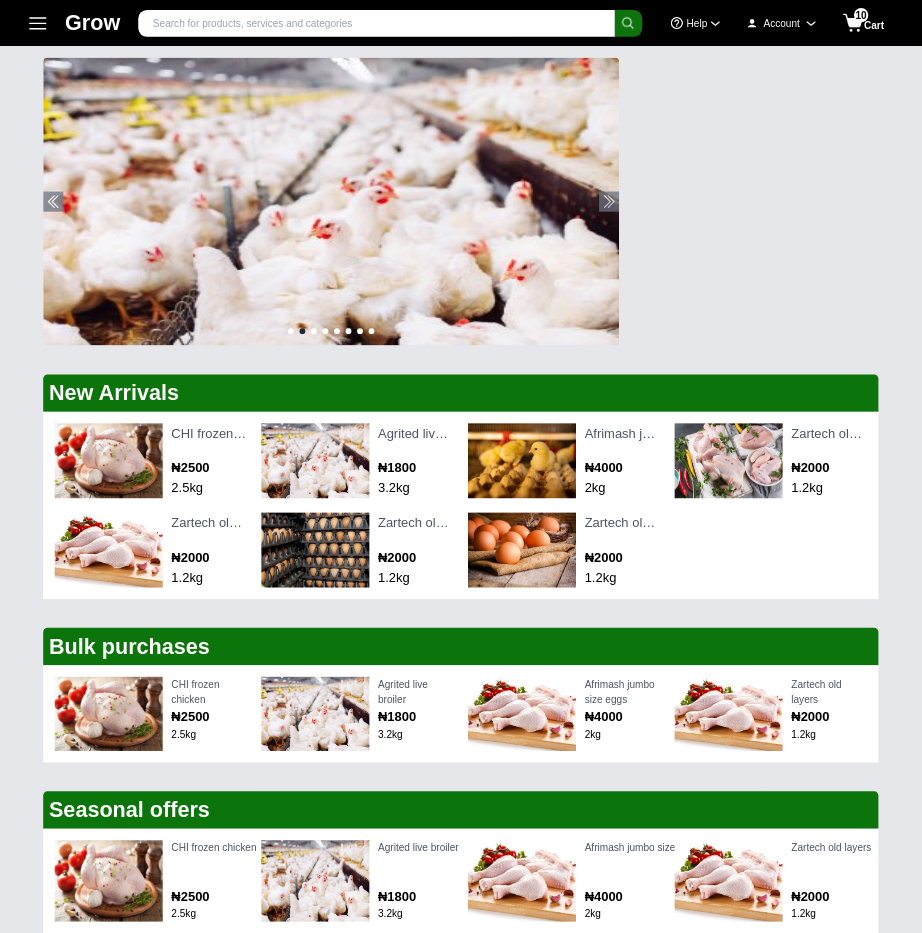
Repository: IssaMuiz/ifarmstock
Page: /
The author's editor kept a copy of each file at every save. The page is drawn from the files as they stood at one save, then again after the next save.
The browser window is 1280 px wide. The pictures show the whole page, at 72% of full size.
The project was rebuilt for these pictures with package versions that can differ from the ones it lists, and the page was loaded fresh each time. The framework's server and built-in components were replaced by stand-ins that run in the browser. Also part of the build but not shown: next.config.mjs.

Above is the page before, as saved 2024-08-31 06:21:16.

### app/layout.tsx
import "@/styles/globals.css";

export const metadata = {
  title: "Grow",
  description: "Livestock farming e-commerce application",
};

export default function RootLayout({
  children,
}: {
  children: React.ReactNode;
}) {
  return (
    <html lang="en">
      <body className="bg-gray-200 h-screen w-auto mx-10">
        <section>{children}</section>
      </body>
    </html>
  );
}

### app/page.tsx
"use client";

import ProductSlider from "@/components/productSlider";
import ClientLayout from "@/components/clientLayout";
import NewArrivalsCards from "@/components/newArrivalsCards";
import BulkPurchasesCards from "@/components/bulkPurchasesCards";
import SeasonalCards from "@/components/seasonalCards";

const Home = () => {
  return (
    <ClientLayout>
      <div className="pt-20 mx-5">
        <div>
          <ProductSlider />

          <div className="bgColor text w-full h-auto mt-10 text-3xl p-2 rounded-t-md font-semibold">
            New Arrivals
          </div>
          <NewArrivalsCards />
          <div className="bgColor text w-full h-auto mt-10 text-3xl p-2 rounded-t-md font-semibold">
            Bulk purchases
          </div>
          <BulkPurchasesCards />
          <div className="bgColor text w-full h-auto mt-10 text-3xl p-2 rounded-t-md font-semibold">
            Seasonal offers
          </div>
          <SeasonalCards />
        </div>
      </div>
    </ClientLayout>
  );
};

export default Home;

### styles/globals.css
@tailwind base;
@tailwind components;
@tailwind utilities;

.scrollbar {
  scrollbar-width: thin;
  scrollbar-color: gray #313131;
}

.bgColor {
  background-color: rgb(11, 116, 11);
}

.text {
  color: white;
}

body {
  font-family: Arial, Helvetica, sans-serif;
  font-size: 14px;
}

### components/productSlider.tsx
"use client";
import Image from "next/image";
import { useEffect, useState } from "react";

const ProductSlider = () => {
  const images = [
    "/assets/images/poultry-image1-slider.jpg",
    "/assets/images/poultry-image2-slider.jpg",
    "/assets/images/poultry-image3-slider.jpg",
    "/assets/images/poultry-image4-slider.jpg",
    "/assets/images/poultry-image5-slider.jpg",
    "/assets/images/poultry-image6-slider.jpg",
    "/assets/images/poultry-image7-slider.jpg",
    "/assets/images/catfish-image1-slider.jpg",
  ];

  const [index, setIndex] = useState(0);

  const handleSliceNext = () => {
    setIndex((index + 1) % images.length);
  };
  const handleSlicePrev = () => {
    setIndex((index - 1) % images.length);
  };

  const handleIndicatorClick = (i: number) => {
    setIndex(i);
  };

  useEffect(() => {
    const intervalId = setInterval(() => {
      handleSliceNext();
    }, 5000);
    return () => clearInterval(intervalId);
  }, [index]);
  return (
    <div className="relative w-[800px] overflow-hidden">
      <div
        className="flex transition-transform duration-500 ease-in-out"
        style={{ transform: `translateX(-${index * 100}%)` }}
      >
        {images.map((image, i) => (
          <div key={i} className="min-w-full">
            <Image
              className="h-[400px] rounded-md"
              src={image}
              alt={`Slide ${i + 1}`}
              width={800}
              height={200}
            />
          </div>
        ))}
      </div>
      <button
        type="button"
        onClick={handleSlicePrev}
        className="absolute left-0 top-1/2 tranform -translate-y-1/2 bg-gray-500 text-white px-1 py-1 opacity-75 hover:opacity-100 transition-opacity"
      >
        <Image
          className=""
          src="/assets/icons/arrow-left.png"
          alt="arrow-right-icon"
          width={20}
          height={20}
        />
      </button>
      <button
        type="button"
        onClick={handleSliceNext}
        className="absolute right-0 top-1/2 tranform -translate-y-1/2 bg-gray-500 text-white px-1 py-1 opacity-75 hover:opacity-100 transition-opacity"
      >
        <Image
          className=""
          src="/assets/icons/right-arrow.png"
          alt="arrow-right-icon"
          width={20}
          height={20}
        />
      </button>
      <div className="absolute bottom-4 left-0 right-0 flex justify-center space-x-2">
        {images.map((_, i) => (
          <button
            key={i}
            onClick={() => handleIndicatorClick(i)}
            className={`w-2 h-2 rounded-full ${
              index === i ? "bg-gray-800" : "bg-white"
            }`}
          />
        ))}
      </div>
    </div>
  );
};

export default ProductSlider;

### components/clientLayout.tsx
"use client";
import Navbar from "@/components/navbar";
import Sidenav from "@/components/sidenav";
import { useState, createContext } from "react";

export const SidebarContext = createContext({
  isOpen: false,
  toggleSidebar: () => {},
});

const ClientLayout = ({ children }: { children: React.ReactNode }) => {
  const [isOpen, setIsOpen] = useState(false);

  const toggleSidebar = () => {
    setIsOpen((prev) => !prev);
  };
  return (
    <SidebarContext.Provider value={{ isOpen, toggleSidebar }}>
      <Navbar />
      <Sidenav />
      <div
        className={`fixed inset-0 bg-black transition-opacity duration-300 ease-in-out z-10 ${
          isOpen
            ? "opacity-70 pointer-events-auto"
            : "opacity-0 pointer-events-none"
        }`}
        onClick={toggleSidebar}
      ></div>
      <section
        className={`relative z-0 transition-all duration-300 ease-in-out `}
      >
        {children}
      </section>
    </SidebarContext.Provider>
  );
};

export default ClientLayout;

### components/newArrivalsCards.tsx
import Image from "next/image";
import newArrivalsCards from "../models/newArrivalsCards.json";
const NewArrivalsCards = () => {
  return (
    <div className="bg-white h-auto p-4">
      <div className="grid grid-cols-4 gap-5">
        {newArrivalsCards.map((product, index) => (
          <div key={index} className="flex gap-3">
            <Image src={product.image} alt="poultry" width={150} height={150} />
            <div className="text-lg overflow-hidden">
              <p className="text-gray-600  h-12 truncate">{product.name}</p>
              <p className="font-semibold text-lg">&#8358;{product.Price}</p>
              <p>{product.weight}</p>
            </div>
          </div>
        ))}
      </div>
    </div>
  );
};

export default NewArrivalsCards;

### components/bulkPurchasesCards.tsx
import Image from "next/image";
import bulkPurchasesCards from "@/models/bulkPurchasesCards.json";
const BulkPurchasesCard = () => {
  return (
    <div className="bg-white h-auto p-4">
      <div className="grid grid-cols-4 gap-5">
        {bulkPurchasesCards.map((product, index) => (
          <div key={index} className="flex gap-3">
            <Image src={product.image} alt="poultry" width={150} height={150} />
            <div className="text-md">
              <p content="" className="text-gray-600">
                {product.name}
              </p>
              <p className="font-semibold text-lg">&#8358;{product.Price}</p>
              <p>{product.weight}</p>
            </div>
          </div>
        ))}
      </div>
    </div>
  );
};

export default BulkPurchasesCard;

### components/seasonalCards.tsx
import Image from "next/image";
import seasonalCards from "@/models/seasonalCards.json";
const SeasonalCards = () => {
  return (
    <div className="bg-white h-auto p-4">
      <div className="grid grid-cols-4 gap-5">
        {seasonalCards.map((product, index) => (
          <div key={index} className="flex gap-3">
            <Image src={product.image} alt="poultry" width={150} height={150} />
            <div className="text-md">
              <p content="" className="text-gray-600 h-16 truncate">
                {product.name}
              </p>
              <p className="font-semibold text-lg">&#8358;{product.Price}</p>
              <p>{product.weight}</p>
            </div>
          </div>
        ))}
      </div>
    </div>
  );
};

export default SeasonalCards;

### components/navbar.tsx
"use client";
import Image from "next/image";
import { useContext } from "react";
import { SidebarContext } from "./clientLayout";
const Navbar = () => {
  const { toggleSidebar } = useContext(SidebarContext);
  return (
    <nav className="fixed bg-black text w-full h-16 flex items-center justify-between top-0 left-0 right-0 px-10 z-10">
      <button onClick={toggleSidebar}>
        <svg
          className="fill-white hover:fill-[green] cursor-pointer"
          xmlns="http://www.w3.org/2000/svg"
          viewBox="0 0 50 50"
          width="25px"
          height="25px"
        >
          <path d="M 3 8 A 2.0002 2.0002 0 1 0 3 12 L 47 12 A 2.0002 2.0002 0 1 0 47 8 L 3 8 z M 3 23 A 2.0002 2.0002 0 1 0 3 27 L 47 27 A 2.0002 2.0002 0 1 0 47 23 L 3 23 z M 3 38 A 2.0002 2.0002 0 1 0 3 42 L 47 42 A 2.0002 2.0002 0 1 0 47 38 L 3 38 z" />
        </svg>
      </button>
      <div className="Leftnav text text-3xl font-semibold cursor-pointer ml-5">
        Grow
      </div>
      <div className="Middlenav flex flex-1 mx-5 max-w-[700px] items-center">
        <input
          className=" px-5 py-2 w-full rounded-l-xl text-black outline-none"
          type="text"
          placeholder="Search for products, services and categories"
        />
        <div className="h-[37px] w-10 bgColor pt-2 pl-2 rounded-r-xl cursor-pointer">
          <Image
            className=""
            src="/assets/icons/search.png"
            alt="search-icon"
            width={20}
            height={20}
          />
        </div>
      </div>
      <div className="Rightnav flex items-center justify-between gap-3">
        <div className="flex items-center gap-1 cursor-pointer rounded-md p-3 hover:bg-[green]">
          <Image
            src="/assets/icons/help.png"
            alt="help-icon"
            width={20}
            height={20}
          />
          <p className="">Help</p>
          <Image
            src="/assets/icons/arrow-down.png"
            alt="help-icon"
            width={15}
            height={15}
          />
        </div>
        <div className="flex items-center gap-2  cursor-pointer rounded-md p-3 hover:bg-[green]">
          <Image
            src="/assets/icons/account.png"
            alt="help-icon"
            width={15}
            height={15}
          />
          <p>Account</p>
          <Image
            src="/assets/icons/arrow-down.png"
            alt="help-icon"
            width={15}
            height={15}
          />
        </div>
        <div className="flex relative cursor-pointer p-3 hover:bg-[green] rounded-md">
          <Image
            src="/assets/icons/cart.png"
            alt="cart-icon"
            width={30}
            height={20}
          />
          <p className="bg-white h-5 w-5 rounded-full text-black absolute left-7 bottom-7 text-center font-semibold">
            10
          </p>
          <p className="font-semibold mt-2 ">Cart</p>
        </div>
      </div>
    </nav>
  );
};

export default Navbar;

### components/sidenav.tsx
"use client";
import Image from "next/image";
import Link from "next/link";
import { useState } from "react";
import { useContext } from "react";
import { SidebarContext } from "./clientLayout";
const Sidenav = () => {
  const [categories, setCategories] = useState([
    {
      id: "1",
      name: "Broiler",
      expanded: false,
      arrowIcon: "/assets/icons/arrow-icon--right.png",
      dropdownlink: [
        { name: "Day Old Chicks", link: "/" },
        { name: "Matured Broilers", link: "/" },
        { name: "Frozen Chicken", link: "/" },
      ],
    },
    {
      id: "2",
      name: "Layers",
      expanded: false,
      arrowIcon: "/assets/icons/arrow-icon--right.png",
      dropdownlink: [
        { name: "Pullet", link: "/" },
        { name: "Point Of Lay", link: "/" },
        { name: "Old Layers", link: "/" },
      ],
    },
    {
      id: "3",
      name: "Catfish",
      expanded: false,

      arrowIcon: "/assets/icons/arrow-icon--right.png",
      dropdownlink: [
        { name: "Fingerlings/Juvenile", link: "/" },
        { name: "Matured Catfish", link: "/" },
        { name: "Smoked Catfish", link: "/" },
      ],
    },
    {
      id: "4",
      name: "Poultry-Eggs",
      expanded: false,

      arrowIcon: "/assets/icons/arrow-icon--right.png",
      dropdownlink: [
        { name: "Jumbo-size", link: "/" },
        { name: "Small-size", link: "/" },
        { name: "packaged-eggs", link: "/" },
      ],
    },
  ]);

  const handleDropdown = (id: string) => {
    setCategories((prev) =>
      prev.map((category) =>
        category.id === id
          ? { ...category, expanded: !category.expanded }
          : category
      )
    );
  };

  const { isOpen } = useContext(SidebarContext);
  return (
    <nav
      className={`fixed overflow-x-hidden scrollbar h-screen overflow-scroll z-20 left-0 top-0 bottom-0 w-[300px] transform transition-transform duration-300  bg-gray-100 ${
        isOpen ? "translate-x-0" : "-translate-x-full"
      }`}
    >
      <div className="bgColor h-14 flex items-center text text-2xl pl-5 font-semibold gap-3">
        <Image
          src="/assets/icons/account.png"
          alt="profile-icon"
          height={25}
          width={25}
        />
        <p>Hello User</p>
      </div>
      <div className=" ">
        {categories.map((category) => (
          <div onClick={() => handleDropdown(category.id)} key={category.id}>
            <div className="text-lg flex justify-between items-center font-semibold hover:bg-gray-300 mt-5 p-2 cursor-pointer">
              <div>{category.name}</div>

              <Image
                className={`${
                  category.expanded &&
                  "rotate-90 duration-300 transition-transform"
                } h-4 w-4`}
                src={category.arrowIcon}
                alt="arrow-icon"
                width={3}
                height={3}
              />
            </div>

            <div>
              {category.expanded && (
                <div>
                  {category.dropdownlink.map((dropdown, index) => (
                    <div className="hover:bg-gray-300" key={index}>
                      <Link href={dropdown.link}>
                        <div className="p-3 text-md ">{dropdown.name}</div>
                      </Link>
                    </div>
                  ))}
                </div>
              )}
            </div>
          </div>
        ))}
      </div>
    </nav>
  );
};

export default Sidenav;

### models/newArrivalsCards.json
[
  {
    "image": "/assets/images/poultry-image1-slider.jpg",
    "name": "CHI frozen chicken hor dfjlkfjgkljlkfgjfdlkgfdjg;lkjk;dklfkjgk;ldfjkg;kld what it i djkdkjkdjkljfkedjfkljdsklfjkldsjflkjdjfldjlfjldjfldjfldjfldjfldsjfljdlkfkjkldjflkjwhaht is that you want that i cnat give you just wnat to thrt your self but wi wont look that sied so you can lenarn your leassin in the hard wat you wnat do me l",
    "Price": "2500",
    "weight": "2.5kg"
  },
  {
    "image": "/assets/images/poultry-image2-slider.jpg",
    "name": "Agrited live broiler",
    "Price": "1800",
    "weight": "3.2kg"
  },
  {
    "image": "/assets/images/poultry-image3-slider.jpg",
    "name": "Afrimash jumbo size eggs",
    "Price": "4000",
    "weight": "2kg"
  },
  {
    "image": "/assets/images/poultry-image4-slider.jpg",
    "name": "Zartech old layers",
    "Price": "2000",
    "weight": "1.2kg"
  },
  {
    "image": "/assets/images/poultry-image5-slider.jpg",
    "name": "Zartech old layers",
    "Price": "2000",
    "weight": "1.2kg"
  },
  {
    "image": "/assets/images/poultry-image7-slider.jpg",
    "name": "Zartech old layers",
    "Price": "2000",
    "weight": "1.2kg"
  },
  {
    "image": "/assets/images/poultry-image6-slider.jpg",
    "name": "Zartech old layers",
    "Price": "2000",
    "weight": "1.2kg"
  }
]

### models/bulkPurchasesCards.json
[
  {
    "image": "/assets/images/poultry-image1-slider.jpg",
    "name": "CHI frozen chicken",
    "Price": "2500",
    "weight": "2.5kg"
  },
  {
    "image": "/assets/images/poultry-image2-slider.jpg",
    "name": "Agrited live broiler",
    "Price": "1800",
    "weight": "3.2kg"
  },
  {
    "image": "/assets/images/poultry-image5-slider.jpg",
    "name": "Afrimash jumbo size eggs",
    "Price": "4000",
    "weight": "2kg"
  },
  {
    "image": "/assets/images/poultry-image5-slider.jpg",
    "name": "Zartech old layers",
    "Price": "2000",
    "weight": "1.2kg"
  }
]

### models/seasonalCards.json
[
  {
    "image": "/assets/images/poultry-image1-slider.jpg",
    "name": "CHI frozen chicken",
    "Price": "2500",
    "weight": "2.5kg"
  },
  {
    "image": "/assets/images/poultry-image2-slider.jpg",
    "name": "Agrited live broiler",
    "Price": "1800",
    "weight": "3.2kg"
  },
  {
    "image": "/assets/images/poultry-image5-slider.jpg",
    "name": "Afrimash jumbo size eggs",
    "Price": "4000",
    "weight": "2kg"
  },
  {
    "image": "/assets/images/poultry-image5-slider.jpg",
    "name": "Zartech old layers",
    "Price": "2000",
    "weight": "1.2kg"
  }
]

Loaded but not shown: tailwind.config.ts (common file)

After the next save:
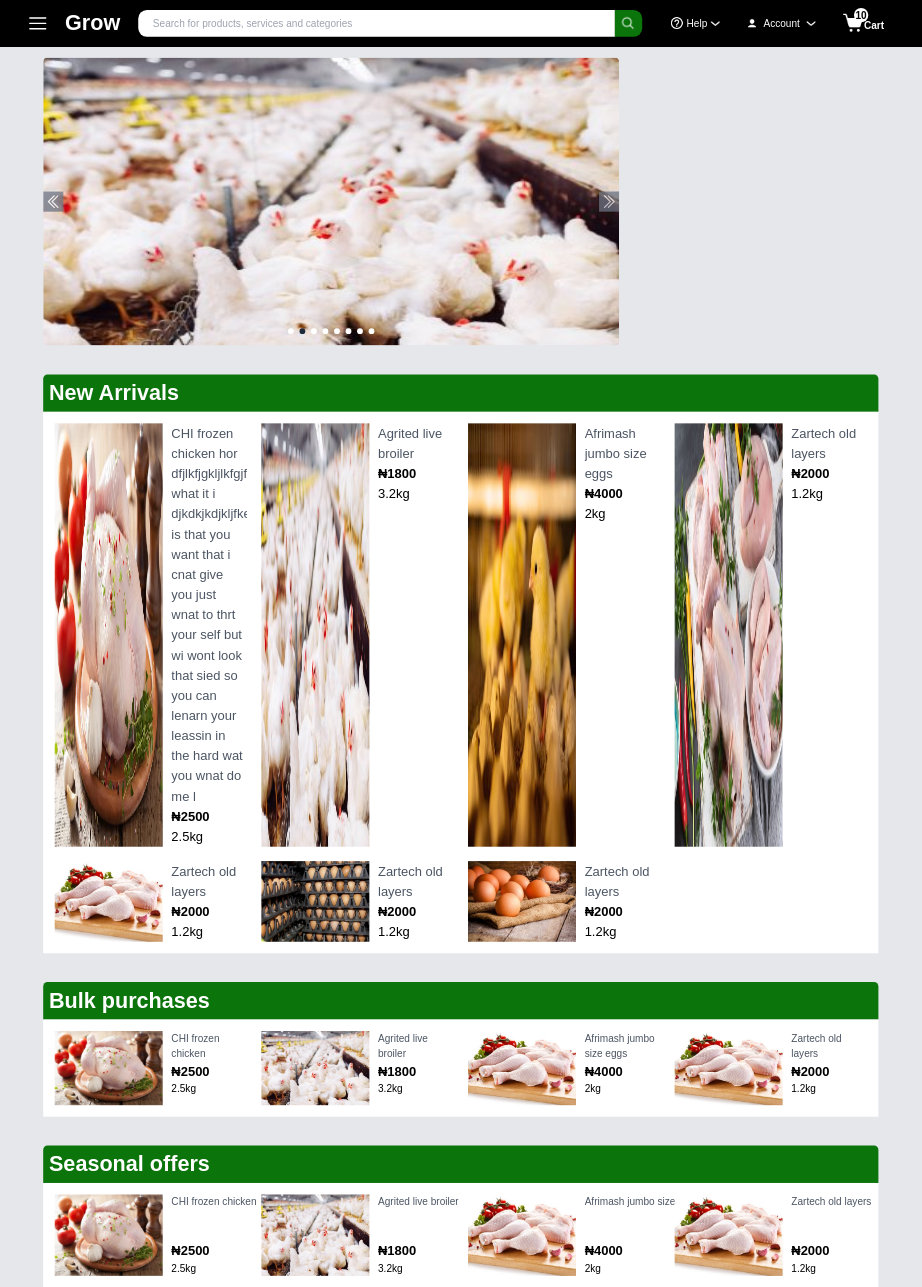
Saved 86 s later.
--- a/components/newArrivalsCards.tsx
+++ b/components/newArrivalsCards.tsx
@@ -8,7 +8,7 @@ const NewArrivalsCards = () => {
           <div key={index} className="flex gap-3">
             <Image src={product.image} alt="poultry" width={150} height={150} />
             <div className="text-lg overflow-hidden">
-              <p className="text-gray-600  h-12 truncate">{product.name}</p>
+              <p className="text-gray-600">{product.name}</p>
               <p className="font-semibold text-lg">&#8358;{product.Price}</p>
               <p>{product.weight}</p>
             </div>
